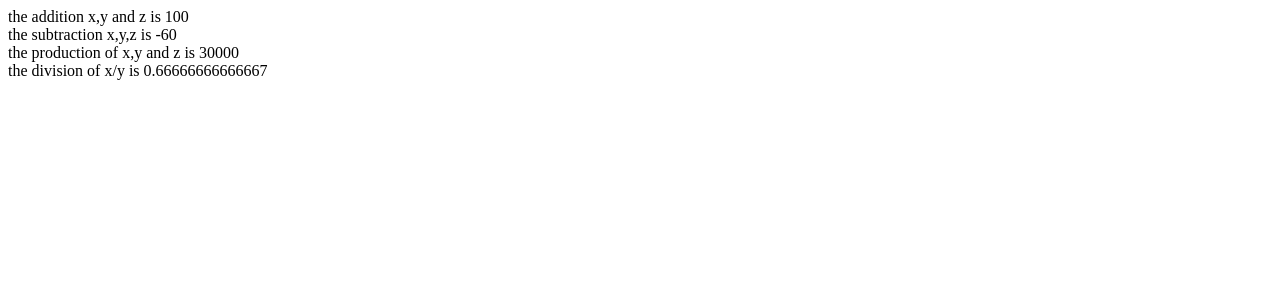
Repository: wakoya-tech/Node-js
Page: http://localhost/
These files come from the project's save history. The page is drawn as it stood at one moment and after the next save; the edit follows.
The browser window is 1280 px wide. The pictures show the whole page.
The page is run by PHP 8.4 with error messages shown; the project is at /var/www/html/.

Above is the page before, as saved 2025-12-09 10:52:16.

### Documents/MyPhp/index.php

<?php
/*
$name = "Wako";
$food = "pizza";
$email = "fake@gmail.com";
$age = 21;
$users = 2;
$quantity = 3;
$gpa = 2.5;
$price = 4.99;
$tax_rate = 5.1;
$employed = true;
$online = true;
$for_sale = true;
echo "Hello {$name}";
echo "you like {$food} <br>";
echo "your email is {$email}<br>";
echo "you are {$age} old <br>";
echo "there are {$users} users online<br>";
echo "you would like to buy {$quantity} items <br>";
echo "your gap is {$gpa} <br>";
echo "your pizza is {$price} <br>";
echo "The sales tax rate is {$tax_rate}<br>";
echo "online status: {$online}<br>";
$total = null;
echo "you have orderd {$quantity} X {$food}s<br>";

$total = $quantity * $price;
echo "your total is: \${$total}";
*/
$x = 20;
$y = 30;
$z = 50;
$pro = $x * $y * $z;
$add = $x + $y + $z;
$sub = $x - $y - $z;
$div = $x / $y;
echo "the addition x,y and z is {$add} <br>";
echo "the subtraction x,y,z is {$sub} <br>";
echo "the production of x,y and z is {$pro} <br>";
echo "the division of x/y is {$div}";

?>

After the next save:
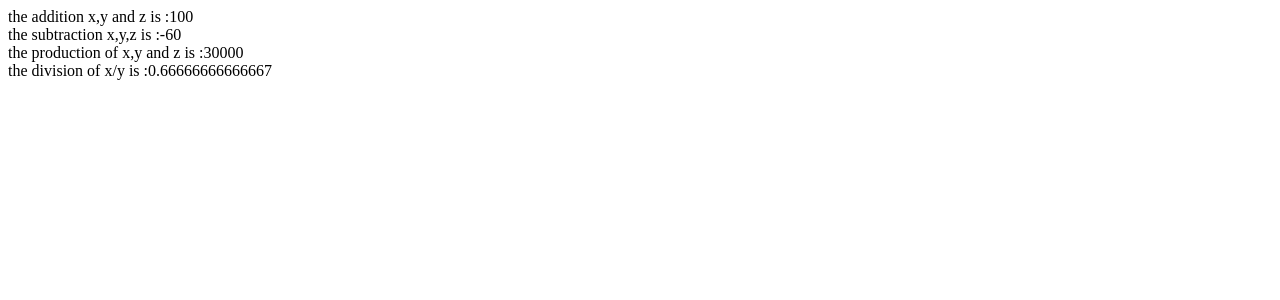
Saved 23 s later.
--- a/Documents/MyPhp/index.php
+++ b/Documents/MyPhp/index.php
@@ -36,9 +36,9 @@ $pro = $x * $y * $z;
 $add = $x + $y + $z;
 $sub = $x - $y - $z;
 $div = $x / $y;
-echo "the addition x,y and z is {$add} <br>";
-echo "the subtraction x,y,z is {$sub} <br>";
-echo "the production of x,y and z is {$pro} <br>";
-echo "the division of x/y is {$div}";
+echo "the addition x,y and z is :{$add} <br>";
+echo "the subtraction x,y,z is :{$sub} <br>";
+echo "the production of x,y and z is :{$pro} <br>";
+echo "the division of x/y is :{$div}";
 
 ?>
